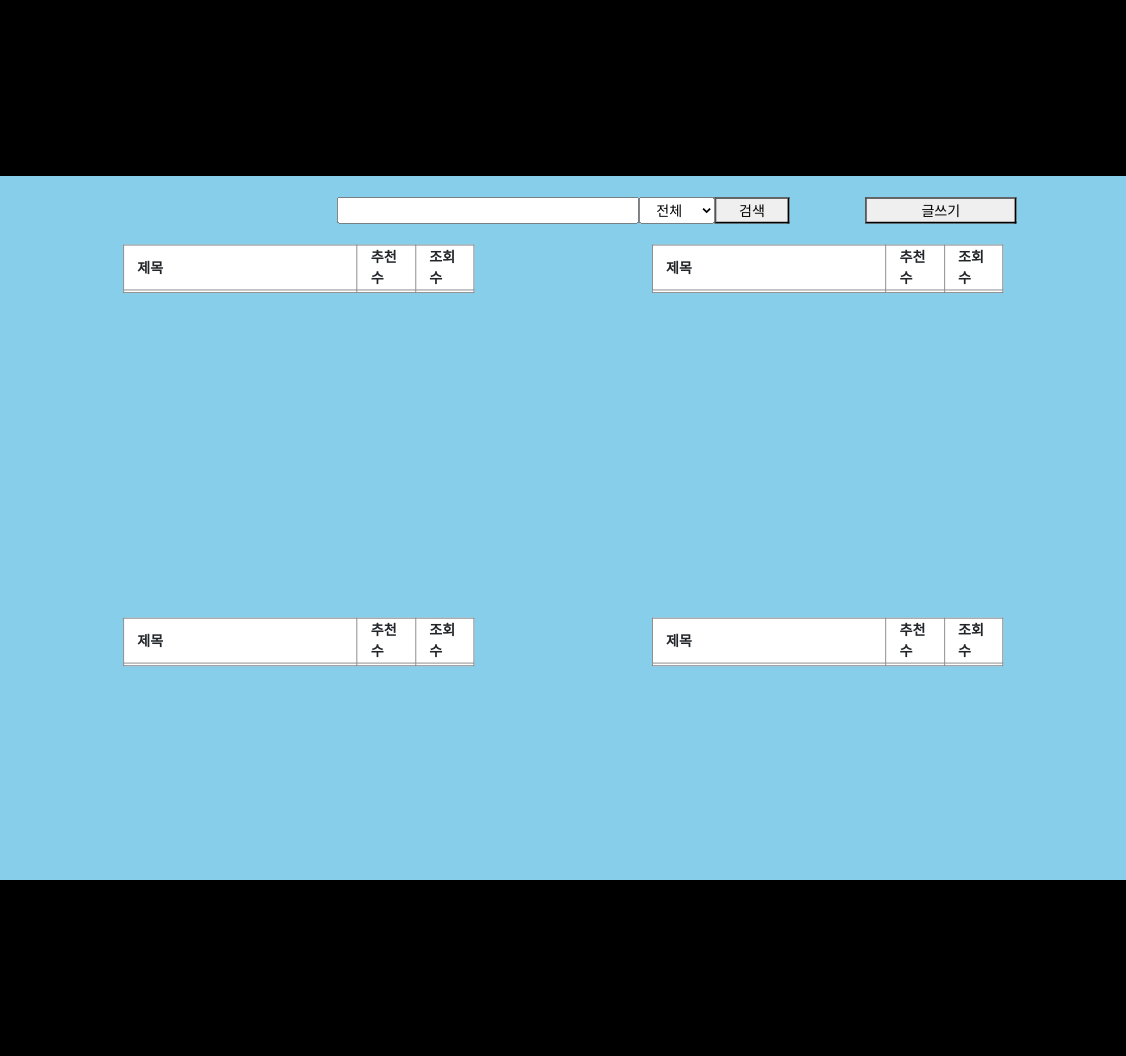
Repository: HJCroCat/project4
Page: http://localhost/koravle/getBoardMain.jsp
An editor plug-in stored every save of this project. The page is shown before and after the next save, followed by the edit.
The browser window is 1280 px wide. The pictures show the whole page, at 88% of full size.
An inner scrolling area shows only its first screen. The page is served by Tomcat 9. Nobody is signed in. The application's start-up code is not run. Other server files are loaded and not shown. The template is opened directly, without the code that normally fills it, so the values that code supplies are empty.

Above is the page before, as saved 2021-12-15 07:27:42.

### koravle/koravle/src/main/webapp/getBoardMain.jsp
<%@ page language="java" contentType="text/html; charset=UTF-8"
	pageEncoding="UTF-8"%>
<%@ taglib uri="http://java.sun.com/jstl/core_rt" prefix="c"%>

<!DOCTYPE html>
<html>
<head>
<!-- Required meta tags -->
<meta charset="utf-8">
<meta name="viewport"
	content="width=device-width, initial-scale=1, shrink-to-fit=no">

<!-- Bootstrap CSS -->
<link rel="stylesheet"
	href="https://cdn.jsdelivr.net/npm/bootstrap@4.6.1/dist/css/bootstrap.min.css"
	integrity="sha384-zCbKRCUGaJDkqS1kPbPd7TveP5iyJE0EjAuZQTgFLD2ylzuqKfdKlfG/eSrtxUkn"
	crossorigin="anonymous">

<title></title>
</head>
<body>

	<!-- header -->
	<header style="min-width:1280px; height:200px; margin:auto; background-color: black; ">

	</header>


	<!-- 게시판 메인 페이지 영역 시작 -->

	<main style="overflow:auto; max-width:1280px; min-width:1000px; height:800px; margin:auto; background-color: skyblue; ">

	<div style="max-width:1000px; margin:auto;">

		<div class="row">
			<br/>
		</div>

		<div class="row">
			<div class="col-3"></div>
			<input type="text" class="col-4" name="searchWord" id="searchWord">
			<select class="col-1" name="selectSearch" id="selectSearch">
				<option value="1" selected>전체</option>
				<option value="boardName">글제목</option>
				<option value="regionName">관광지</option>
				<option value="boardWriter">작성자</option>
			</select>
			<button class="col-1" onclick='location.href="getBoardList.do"'>검색</button>
			<div class="col-1"></div>
			<button class="col-2" onclick='location.href="insertBoard.do"'>글쓰기</button>
		</div>


		<div class="row">
			<br/>
		</div>

		<div class="row" style="height:400px;">

			<div class="col-5">
				<div style="background-color: white;">
					<table class="col-12" border="1">
						<tr>
							<th class="col-8" align="center">제목</th>
							<th class="col-2" align="center">추천수</th>
							<th class="col-2" align="center">조회수</th>
						</tr>
						<tr>
							<td class="col-8" align="left"><a href="getBoard.do?boardIdx=${board.boardIdx}">
															${board.boardTitle }</a></td>
							<td class="col-2">${board.boardReco }</td>
							<td class="col-2">${board.boardViewCount }</td>
					</table>
				</div>
			</div>

			<div class="col-2">
				<tr/>
			</div>

			<div class="col-5">
				<div style="background-color: white;">
					<table class="col-12" border="1">
						<tr>
							<th class="col-8" align="center">제목</th>
							<th class="col-2" align="center">추천수</th>
							<th class="col-2" align="center">조회수</th>
						</tr>
						<tr>
							<td class="col-8" align="left"><a href="getBoard.do?boardIdx=${board.boardIdx}">
															${board.boardTitle }</a></td>
							<td class="col-2">${board.boardReco }</td>
							<td class="col-2">${board.boardViewCount }</td>
					</table>
				</div>

			</div>


		</div>

		<div class="row">
			<br/>
		</div>

		<div class="row" style="height:400px;">

			<div class="col-5">
				<div style="background-color: white;">
					<table class="col-12" border="1">
						<tr>
							<th class="col-8" align="center">제목</th>
							<th class="col-2" align="center">추천수</th>
							<th class="col-2" align="center">조회수</th>
						</tr>
						<tr>
							<td class="col-8" align="left"><a href="getBoard.do?boardIdx=${board.boardIdx}">
															${board.boardTitle }</a></td>
							<td class="col-2">${board.boardReco }</td>
							<td class="col-2">${board.boardViewCount }</td>
					</table>
				</div>
			</div>

			<div class="col-2">
				<tr/>
			</div>

			<div class="col-5">
				<div style="background-color: white;">
					<table class="col-12" border="1">
						<tr>
							<th class="col-8" align="center">제목</th>
							<th class="col-2" align="center">추천수</th>
							<th class="col-2" align="center">조회수</th>
						</tr>
						<tr>
							<td class="col-8" align="left"><a href="getBoard.do?boardIdx=${board.boardIdx}">
															${board.boardTitle }</a></td>
							<td class="col-2">${board.boardReco }</td>
							<td class="col-2">${board.boardViewCount }</td>
					</table>
				</div>

			</div>


		</div>



	</div>

	</main>
	<!-- 게시판 메인 페이지 영역 끝 -->

	<!-- footer -->

	<footer style="min-width:1280px; height:200px; margin:auto; background-color: black;">

	</footer>


	<!-- Optional JavaScript; choose one of the two! -->

	<!-- Option 1: jQuery and Bootstrap Bundle (includes Popper) -->
	<script
		src="https://cdn.jsdelivr.net/npm/jquery@3.5.1/dist/jquery.slim.min.js"
		integrity="sha384-DfXdz2htPH0lsSSs5nCTpuj/zy4C+OGpamoFVy38MVBnE+IbbVYUew+OrCXaRkfj"
		crossorigin="anonymous"></script>
	<script
		src="https://cdn.jsdelivr.net/npm/bootstrap@4.6.1/dist/js/bootstrap.bundle.min.js"
		integrity="sha384-fQybjgWLrvvRgtW6bFlB7jaZrFsaBXjsOMm/tB9LTS58ONXgqbR9W8oWht/amnpF"
		crossorigin="anonymous"></script>

	<!-- Option 2: Separate Popper and Bootstrap JS -->
	<!--
    <script src="https://cdn.jsdelivr.net/npm/jquery@3.5.1/dist/jquery.slim.min.js" integrity="sha384-DfXdz2htPH0lsSSs5nCTpuj/zy4C+OGpamoFVy38MVBnE+IbbVYUew+OrCXaRkfj" crossorigin="anonymous"></script>
    <script src="https://cdn.jsdelivr.net/npm/popper.js@1.16.1/dist/umd/popper.min.js" integrity="sha384-9/reFTGAW83EW2RDu2S0VKaIzap3H66lZH81PoYlFhbGU+6BZp6G7niu735Sk7lN" crossorigin="anonymous"></script>
    <script src="https://cdn.jsdelivr.net/npm/bootstrap@4.6.1/dist/js/bootstrap.min.js" integrity="sha384-VHvPCCyXqtD5DqJeNxl2dtTyhF78xXNXdkwX1CZeRusQfRKp+tA7hAShOK/B/fQ2" crossorigin="anonymous"></script>
    -->

</body>
</html>

After the next save:
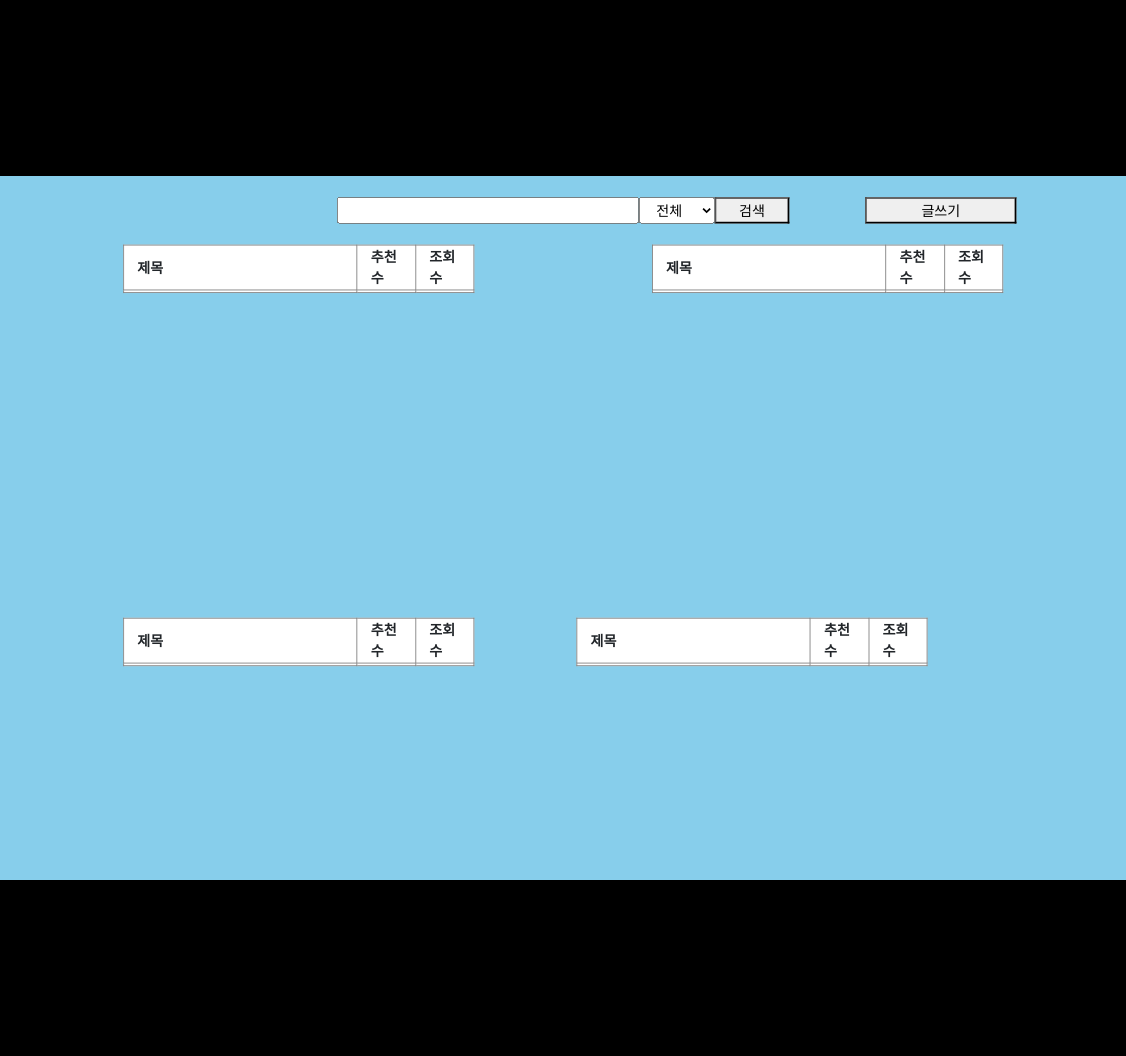
Saved 13 s later.
--- a/koravle/koravle/src/main/webapp/getBoardMain.jsp
+++ b/koravle/koravle/src/main/webapp/getBoardMain.jsp
@@ -122,7 +122,7 @@
 				</div>
 			</div>
 
-			<div class="col-2">
+			<div class="col-1">
 				<tr/>
 			</div>
 
